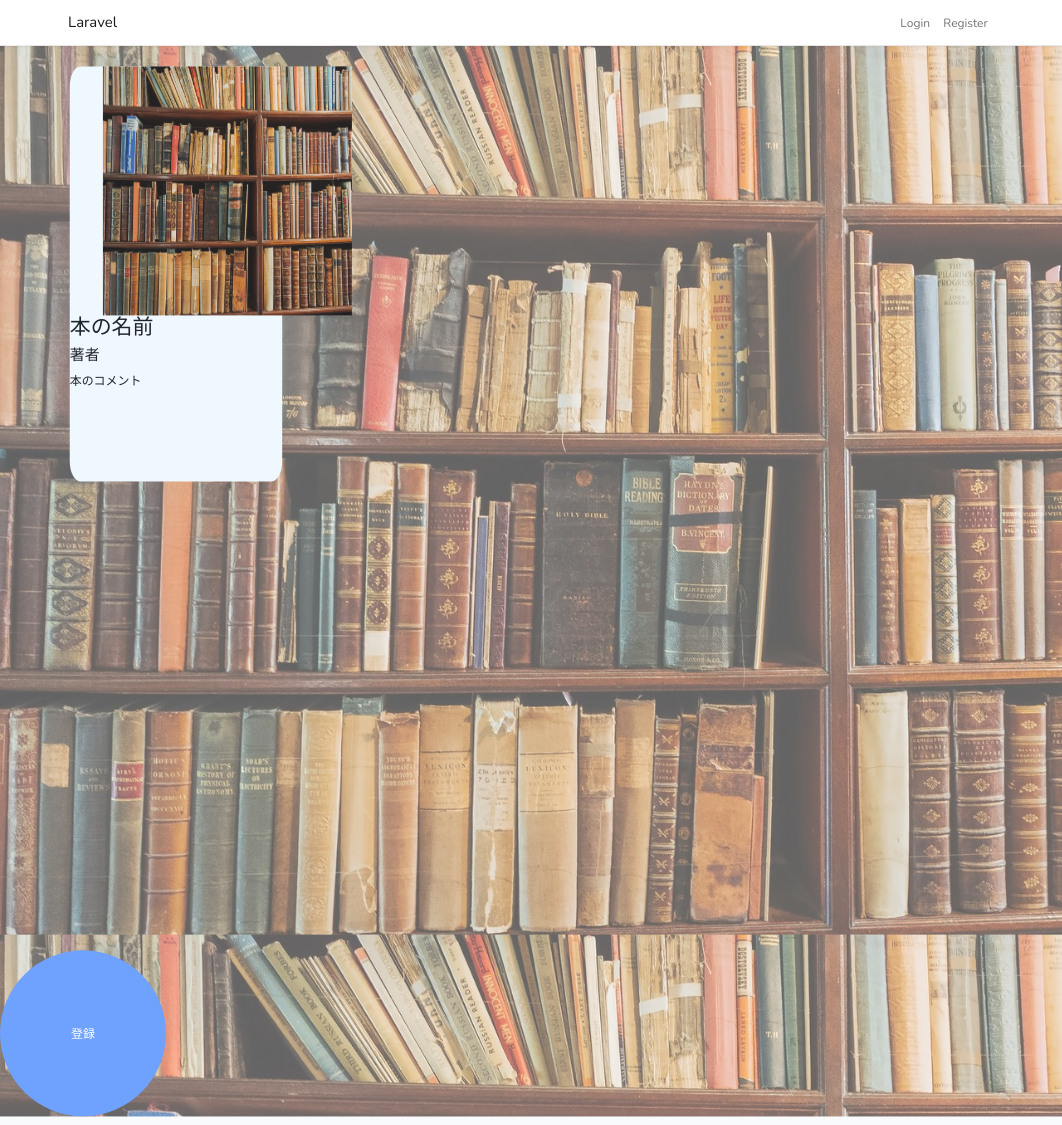
Repository: yamamotoryota1998/Bookreminder
Page: http://localhost/
An editor plug-in stored every save of this project. The page is shown before and after the next save, followed by the edit.
The browser window is 1280 px wide. The pictures show the whole page, at 83% of full size.
The page is served by the project's Laravel application, run on PHP 8.4 with Laravel 9. Other server files are loaded and not shown. Style sheets and scripts are compiled from the project's sources, by tool versions that may differ from the author's.

Above is the page before, as saved 2023-04-07 17:07:07.

### routes/web.php
<?php

use Illuminate\Support\Facades\Route;

/*
|--------------------------------------------------------------------------
| Web Routes
|--------------------------------------------------------------------------
|
| Here is where you can register web routes for your application. These
| routes are loaded by the RouteServiceProvider within a group which
| contains the "web" middleware group. Now create something great!
|
*/

Route::get('/', function () {
    return view('/home');
});

Auth::routes();

Route::get('/home', [App\Http\Controllers\HomeController::class, 'index'])->name('home');

### resources/views/home.blade.php
@extends('layouts.app')

@section('content')
<div class="wrapper-all" >
    <div class="wrapper-contents">
        <div class="contents">
            <img src="/public/img/本棚.jpg" class="book-img">
            <h3 class="book-name">本の名前</h3>
            <h5 class="book-artist">著者</h5>
            <p class="book-comment">本のコメント</p>
        </div>
    </div>
    <a href="#" class="regist-button">登録</a>
</div>
@endsection

### resources/views/layouts/app.blade.php
<!doctype html>
<html lang="{{ str_replace('_', '-', app()->getLocale()) }}">
<head>
    <meta charset="utf-8">
    <meta name="viewport" content="width=device-width, initial-scale=1">

    <!-- CSRF Token -->
    <meta name="csrf-token" content="{{ csrf_token() }}">

    <title>{{ config('app.name', 'Laravel') }}</title>

    <!-- Fonts -->
    <link rel="dns-prefetch" href="//fonts.gstatic.com">
    <link href="https://fonts.bunny.net/css?family=Nunito" rel="stylesheet">
    <link href="{{asset('/style.css')}}" rel="stylesheet">
    <!-- Scripts -->
    @vite(['resources/sass/app.scss', 'resources/js/app.js'])
</head>
<body>
    <div id="app">
        <nav class="navbar navbar-expand-md navbar-light bg-white shadow-sm">
            <div class="container">
                <a class="navbar-brand" href="{{ url('/') }}">
                    {{ config('app.name', 'Laravel') }}
                </a>
                <button class="navbar-toggler" type="button" data-bs-toggle="collapse" data-bs-target="#navbarSupportedContent" aria-controls="navbarSupportedContent" aria-expanded="false" aria-label="{{ __('Toggle navigation') }}">
                    <span class="navbar-toggler-icon"></span>
                </button>

                <div class="collapse navbar-collapse" id="navbarSupportedContent">
                    <!-- Left Side Of Navbar -->
                    <ul class="navbar-nav me-auto">

                    </ul>

                    <!-- Right Side Of Navbar -->
                    <ul class="navbar-nav ms-auto">
                        <!-- Authentication Links -->
                        @guest
                            @if (Route::has('login'))
                                <li class="nav-item">
                                    <a class="nav-link" href="{{ route('login') }}">{{ __('Login') }}</a>
                                </li>
                            @endif

                            @if (Route::has('register'))
                                <li class="nav-item">
                                    <a class="nav-link" href="{{ route('register') }}">{{ __('Register') }}</a>
                                </li>
                            @endif
                        @else
                            <li class="nav-item dropdown">
                                <a id="navbarDropdown" class="nav-link dropdown-toggle" href="#" role="button" data-bs-toggle="dropdown" aria-haspopup="true" aria-expanded="false" v-pre>
                                    {{ Auth::user()->name }}
                                </a>

                                <div class="dropdown-menu dropdown-menu-end" aria-labelledby="navbarDropdown">
                                    <a class="dropdown-item" href="{{ route('logout') }}"
                                       onclick="event.preventDefault();
                                                     document.getElementById('logout-form').submit();">
                                        {{ __('Logout') }}
                                    </a>

                                    <form id="logout-form" action="{{ route('logout') }}" method="POST" class="d-none">
                                        @csrf
                                    </form>
                                </div>
                            </li>
                        @endguest
                    </ul>
                </div>
            </div>
        </nav>
            @yield('content')
        </main>
    </div>
</body>
</html>

### public/style.css

.wrapper-all{
    width: 100%;
    height: 100%;
    background-image: url(img/本棚.jpg);
    background-color:rgba(255,255,255,0.3);
    background-blend-mode:lighten;
}
.wrapper-contents{
    width: 90%;
    height: 1080px;
    margin-left: auto;
    margin-right: auto;
    /* background-color: aqua; */
}
.contents{
    margin-top: 25px;
    margin-left: 20px;
    margin-right: 20px;
    width: 20%;
    height: 500px ;
    position:absolute;
    background-color: aliceblue;
    border-radius: 5%;
}
.book-img{
    width: 300px;
    height: 300px;
    position: relative;
    left: 40px;
}
.regist-button{
    /*コレ*/border-radius: 50%;
    display: flex;
    justify-content: center;
    align-items: center;
    width: 200px;
    height: 200px;
    background: #6fa1ff;
    color: #FFF;
    text-decoration: none;
    text-align: center;
    margin: 10px 0;
    left: 50px;
}

Loaded but not shown: app/Http/Controllers/Auth/ConfirmPasswordController.php (common file); app/Http/Controllers/Controller.php (common file); resources/sass/app.scss (common file); resources/sass/_variables.scss (common file)

After the next save:
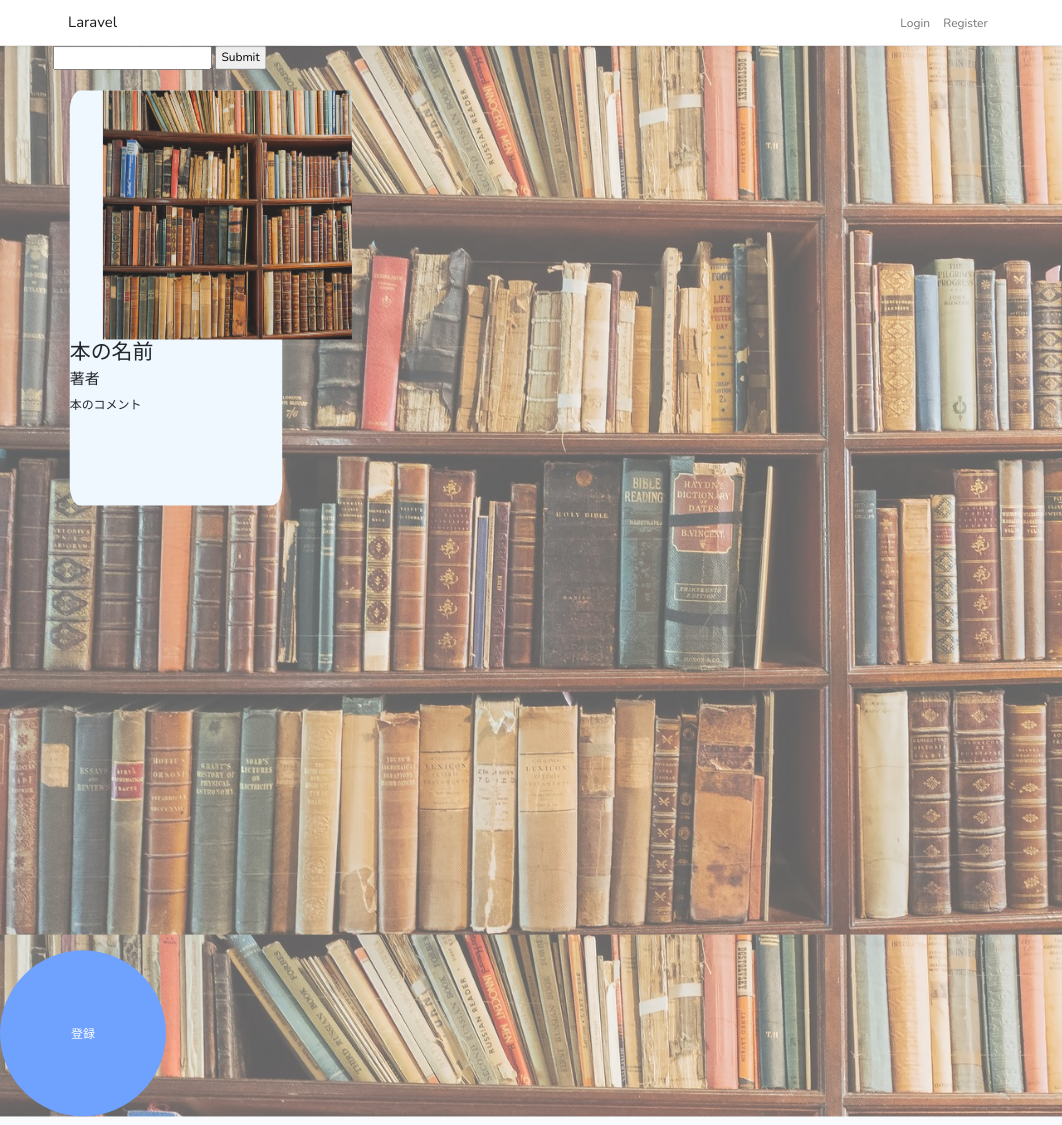
Saved 4 min 8 s later.
--- a/resources/views/home.blade.php
+++ b/resources/views/home.blade.php
@@ -3,6 +3,11 @@
 @section('content')
 <div class="wrapper-all" >
     <div class="wrapper-contents">
+        <form action="result" method="post">
+        @csrf
+        <input type="text" name="book" size="20"/>
+        <input type="submit" value="Submit"/>
+        </form>
         <div class="contents">
             <img src="/public/img/本棚.jpg" class="book-img">
             <h3 class="book-name">本の名前</h3>
